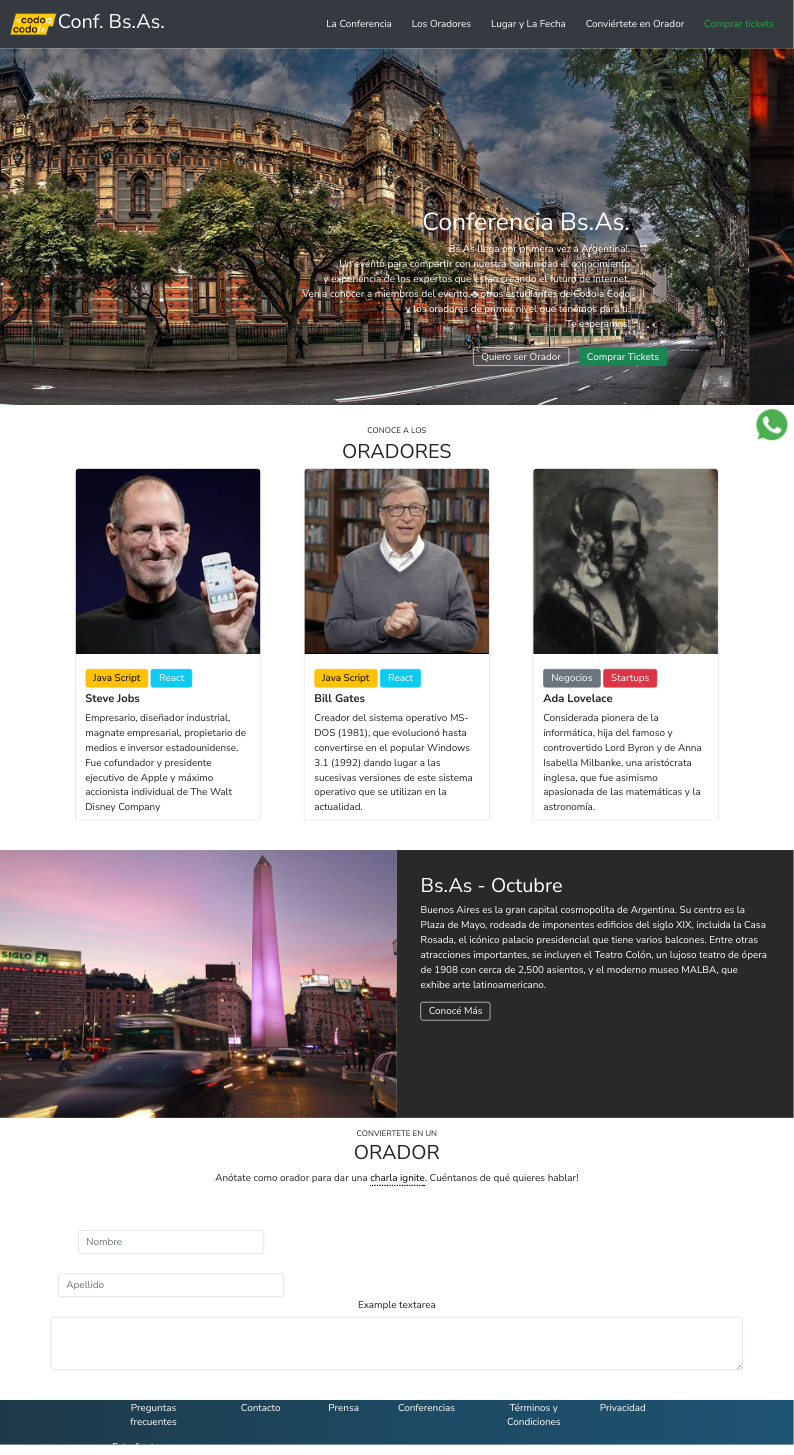
Repository: Melire/trabajo-final-BS
Page: index.html
An editor plug-in stored every save of this project. The page is shown before and after the next save, followed by the edit.
The browser window is 1280 px wide. The pictures show the whole page, at 62% of full size.

Above is the page before, as saved 2023-05-11 09:42:45.

After the next save:
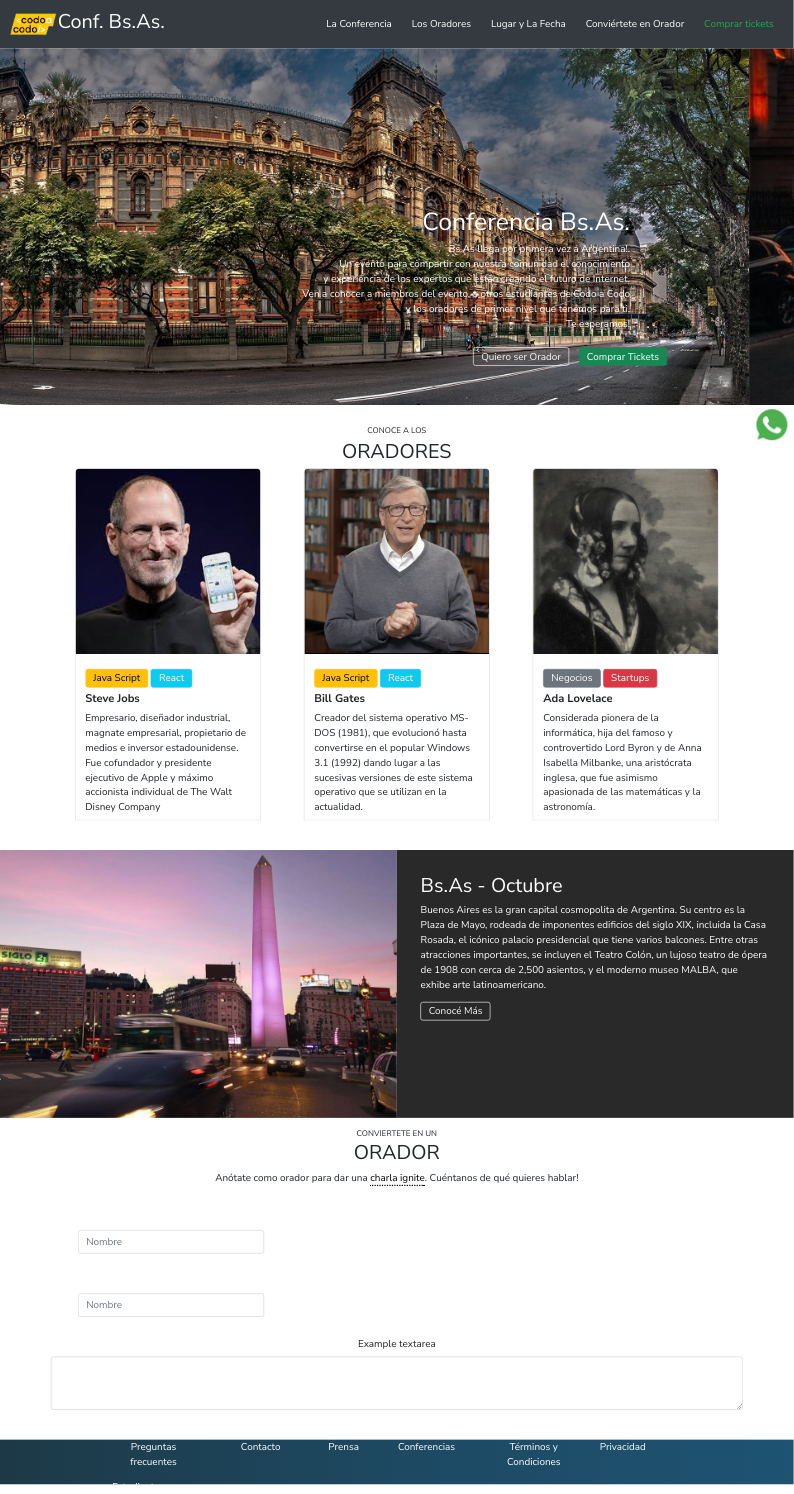
Saved 30 s later.
--- a/index.html
+++ b/index.html
@@ -207,9 +207,8 @@
                     <div class="camposForm">
                         <input class="form-control" type="text" placeholder="Nombre" aria-label="default input example">
                     </div>
-                    <div>
-                        <input class="form-control" type="text" placeholder="Apellido"
-                            aria-label="default input example">
+                    <div class="camposForm">
+                        <input class="form-control" type="text" placeholder="Nombre" aria-label="default input example">
                     </div>
                 </div>
             </div>
